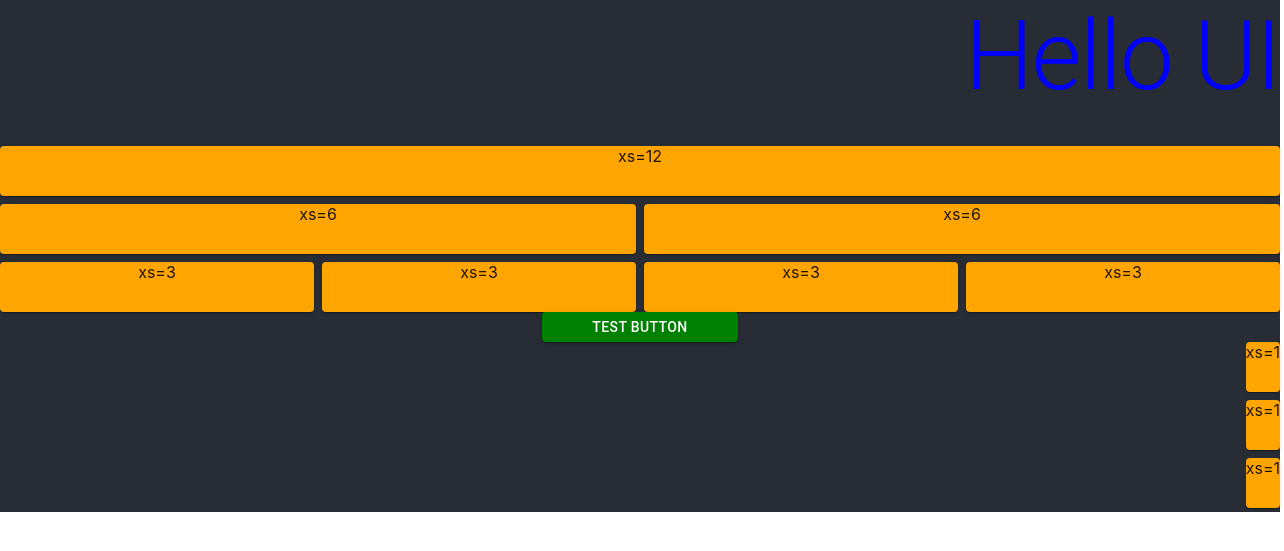
Repository: ShunsukeTanizaki/COVID19-Live
Page: /
An editor plug-in stored every save of this project. The page is shown before and after the next save, followed by the edit.
The browser window is 1280 px wide. The page is 1284 px wide, so the pictures cover 1284 px, including what lies to the right of the window. The pictures show the whole page.
The project was rebuilt for these pictures with package versions that can differ from the ones it lists, and the page was loaded fresh each time.

Above is the page before, as saved 2020-11-07 23:46:44.

After the next save:
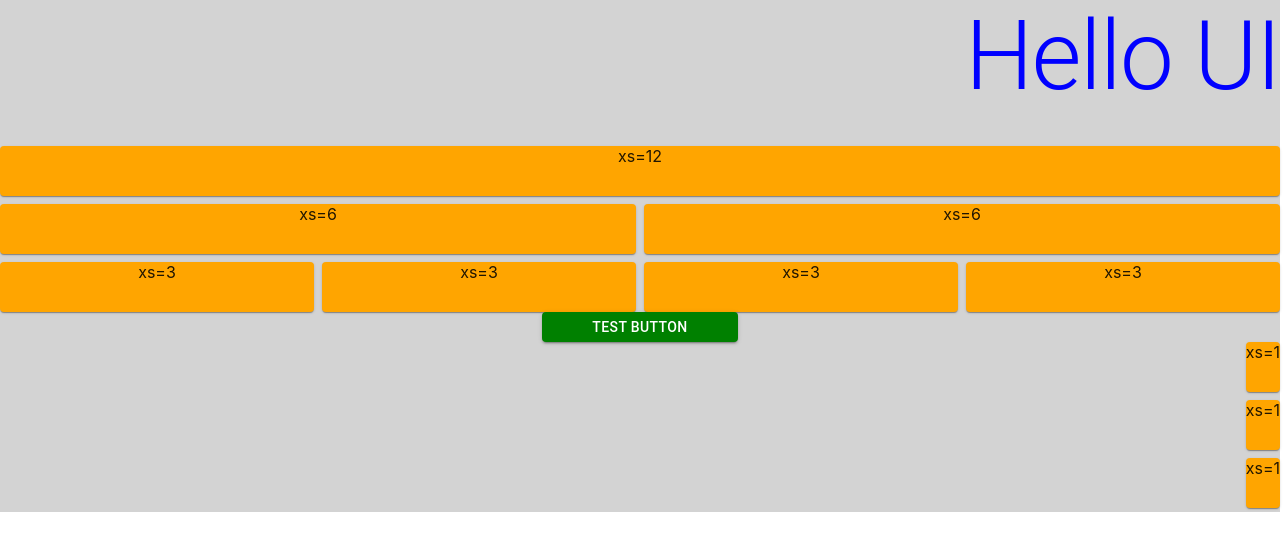
Saved 101 s later.
--- a/src/App.css
+++ b/src/App.css
@@ -1,5 +1,5 @@
 .App {
-    background-color: #282c34;
+    background-color: lightgray;
     text-align: center;
 }
 
